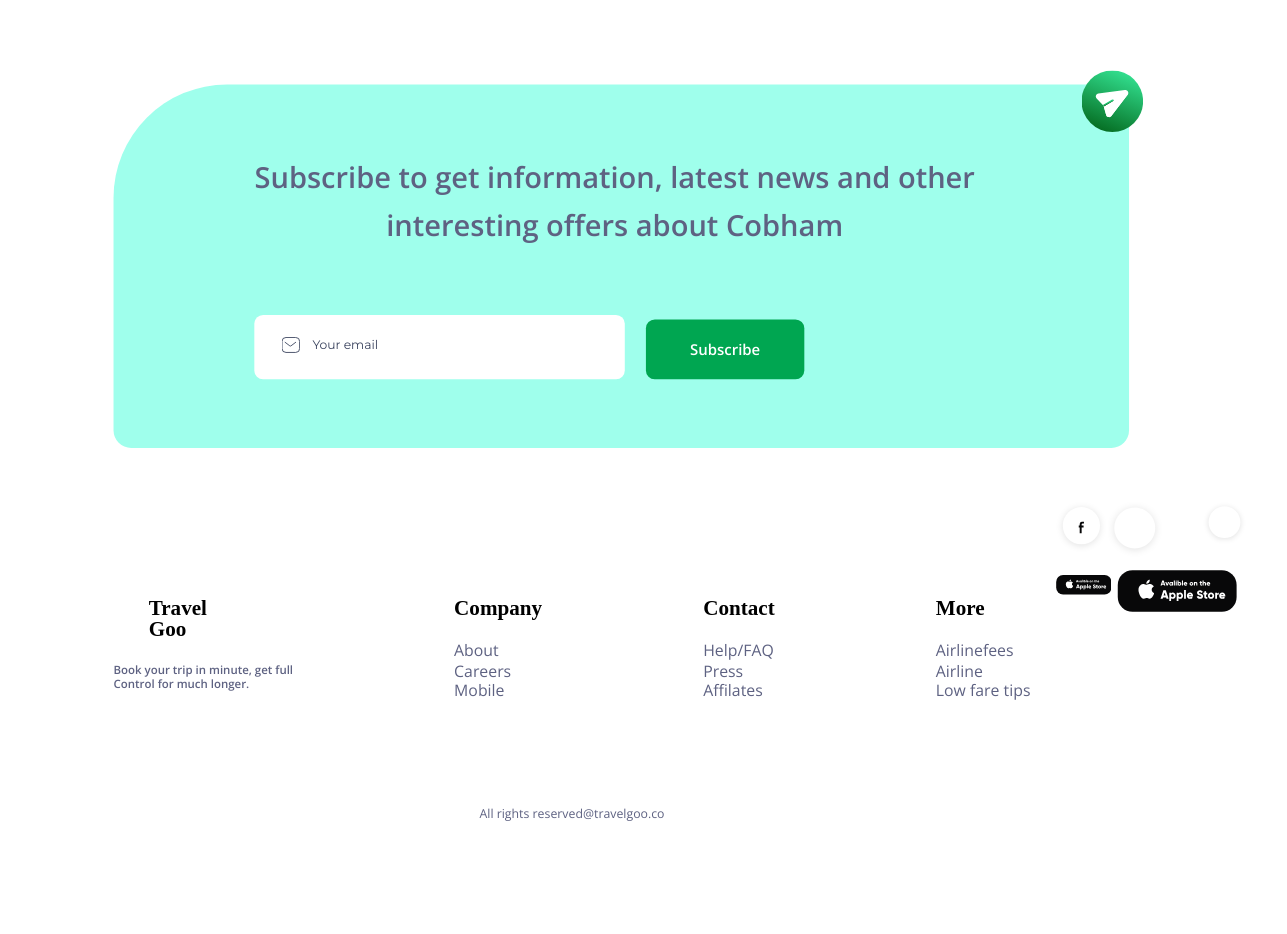
Repository: HeybetzadeQedim/task-5
Page: index.html
An editor plug-in stored every save of this project. The page is shown before and after the next save, followed by the edit.
The browser window is 1280 px wide. The page is 1462 px wide, so the pictures cover 1462 px, including what lies to the right of the window. The pictures show the whole page, at 88% of full size.
Some web fonts or font styles are not loaded; a fallback is used.

Above is the page before, as saved 2023-10-16 16:05:21.

After the next save:
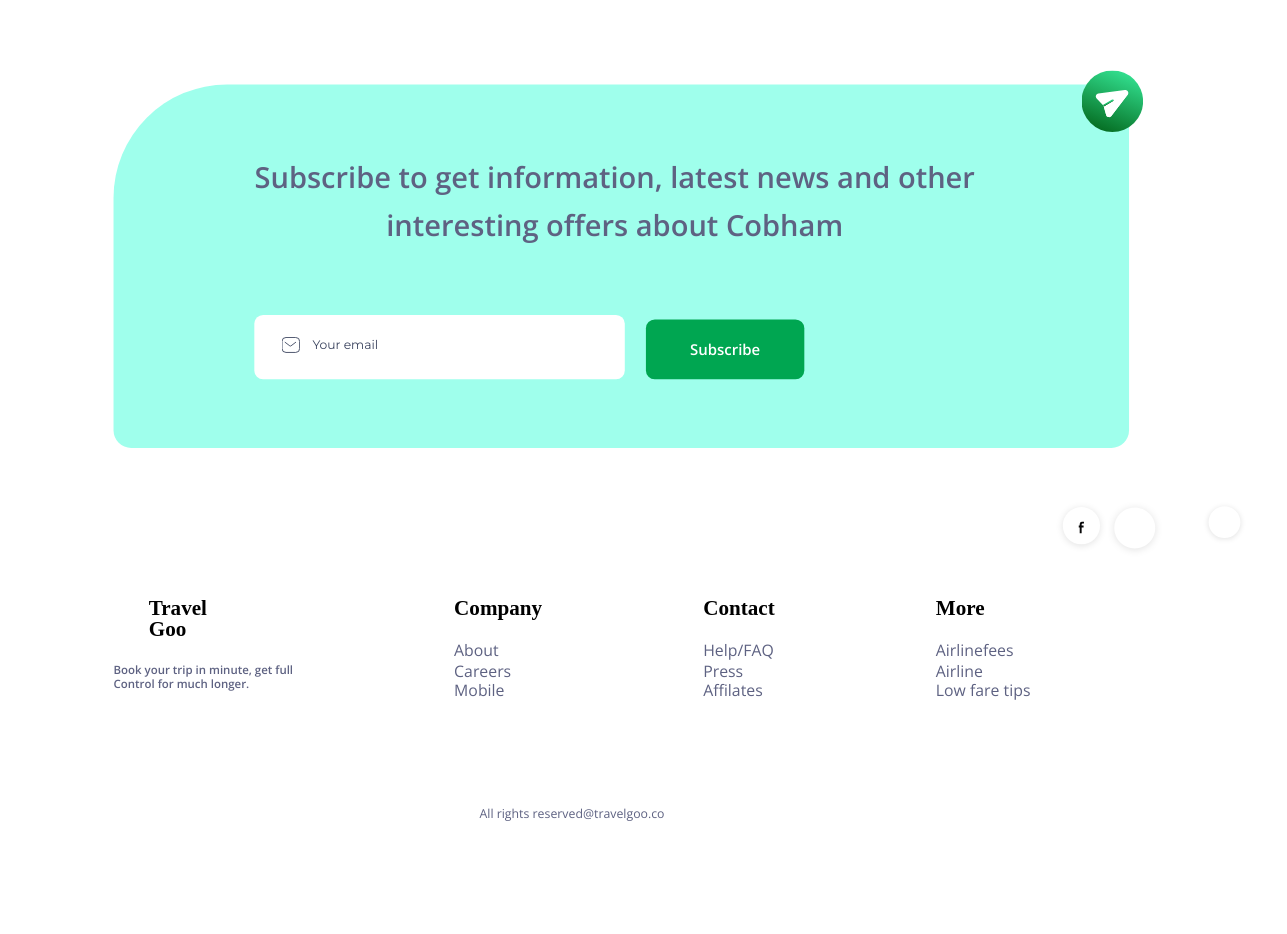
Saved 26 s later.
--- a/index.html
+++ b/index.html
@@ -70,8 +70,8 @@
                 <img src="images/Background (1).svg" />
             </div>
 
-            <img src="images/Play Store.svg" />
-            <img src="images/Play Store.svg" />
+            <!-- <img src="images/Play Store.svg" />
+            <img src="images/Play Store.svg" /> -->
           </div>
         </div>
         <div class="footer-box">
